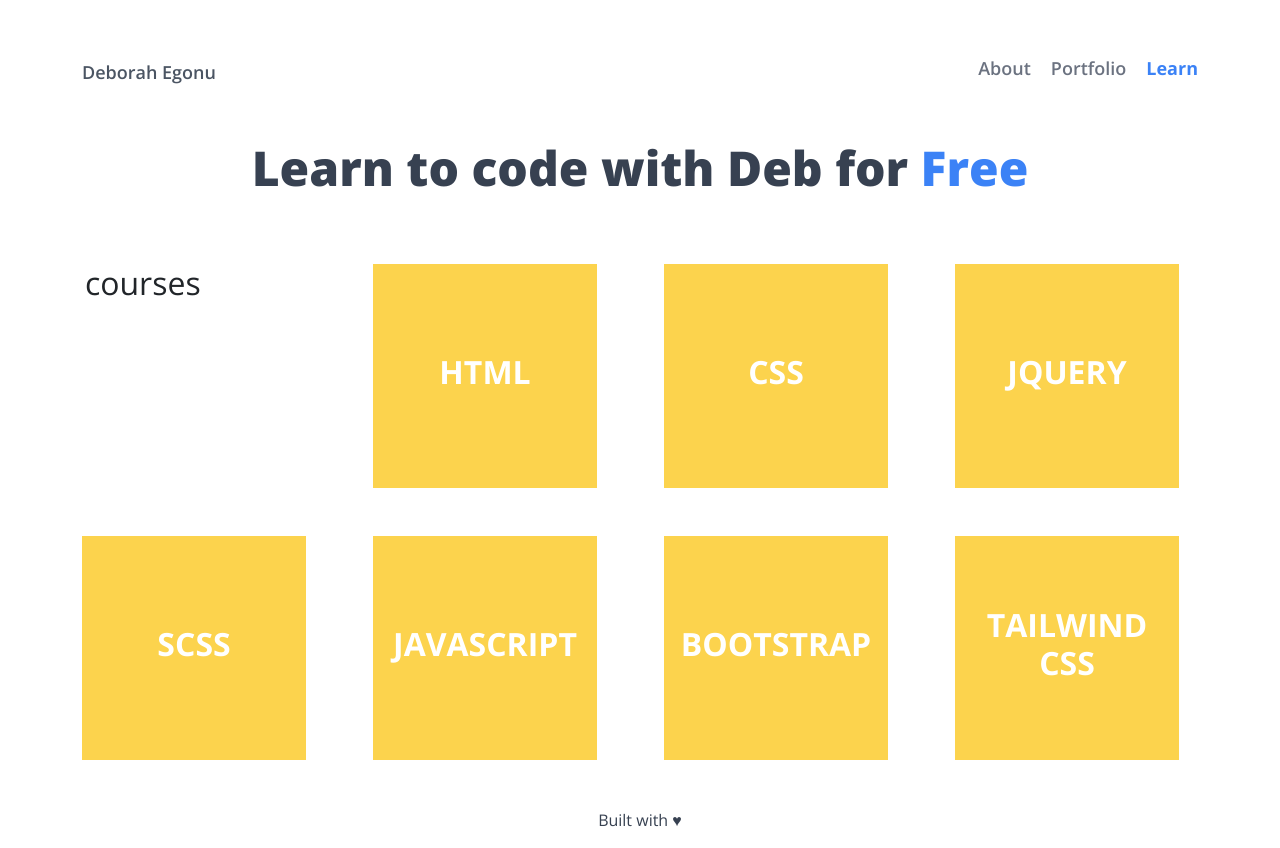
Repository: latenightsnacc/codewithdeb
Page: learn.html
These files come from the project's save history. The page is drawn as it stood at one moment and after the next save; the edit follows.
The browser window is 1280 px wide. The pictures show the whole page.
The style sheet was rebuilt from its Sass, Less or Tailwind sources for each picture, by a compiler version that may differ from the author's.

Above is the page before, as saved 2021-06-07 12:56:33.

After the next save:
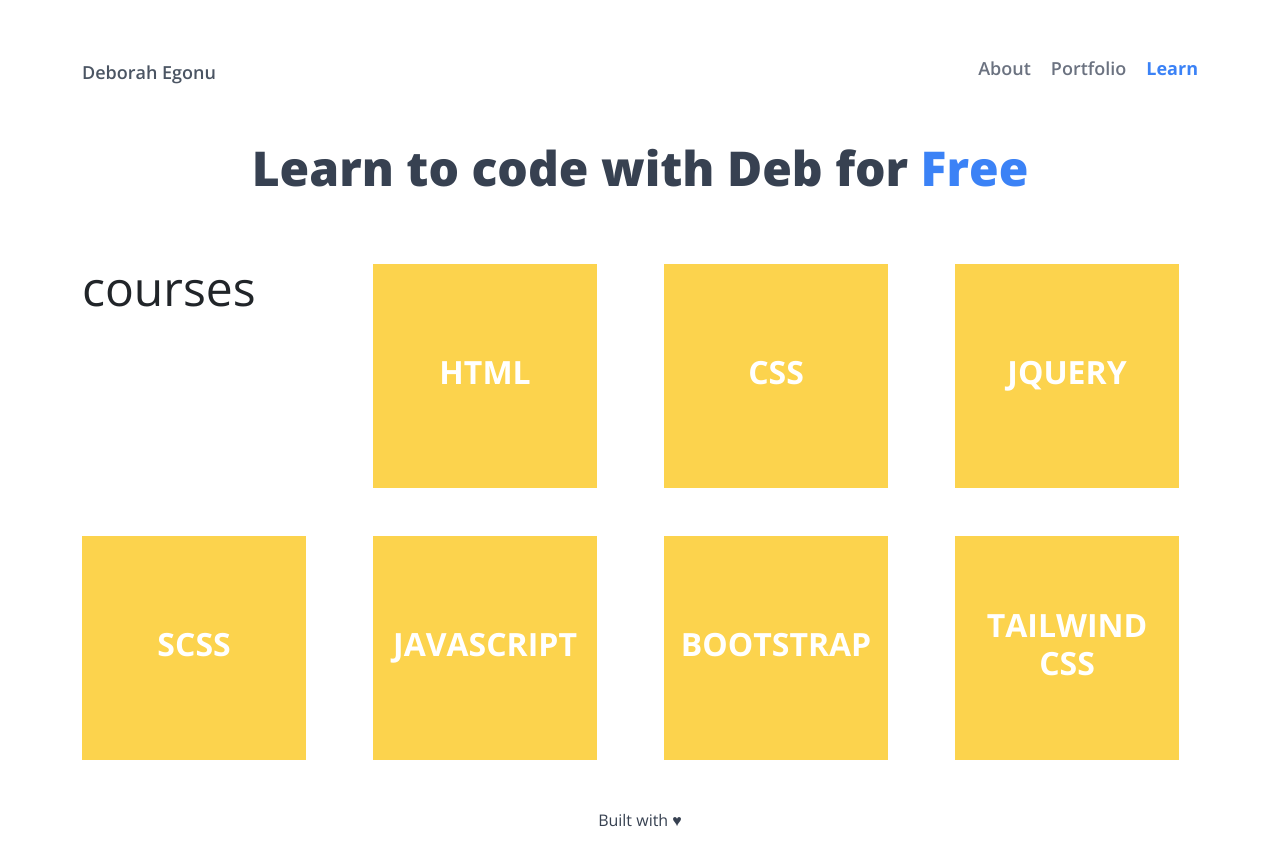
Saved 17 s later.
--- a/learn.html
+++ b/learn.html
@@ -51,8 +51,8 @@
     <div class="container">
         <div class="">
             <div class="grid grid-rows-1 grid-cols-4 gap-5">
-                <div class="grid grid-cols-2 grid-rows-1">
-                    <h2 class="text-center">courses</h2>
+                <div class="grid grid-cols-2 grid-rows-1 w-100">
+                    <h2 class="text-center text-5xl">courses</h2>
                 </div>
                 <div class="bg-yellow-300 w-56 h-56 flex justify-center items-center text-center">
                     <h2 class="text-white font-bold">HTML</h2>
